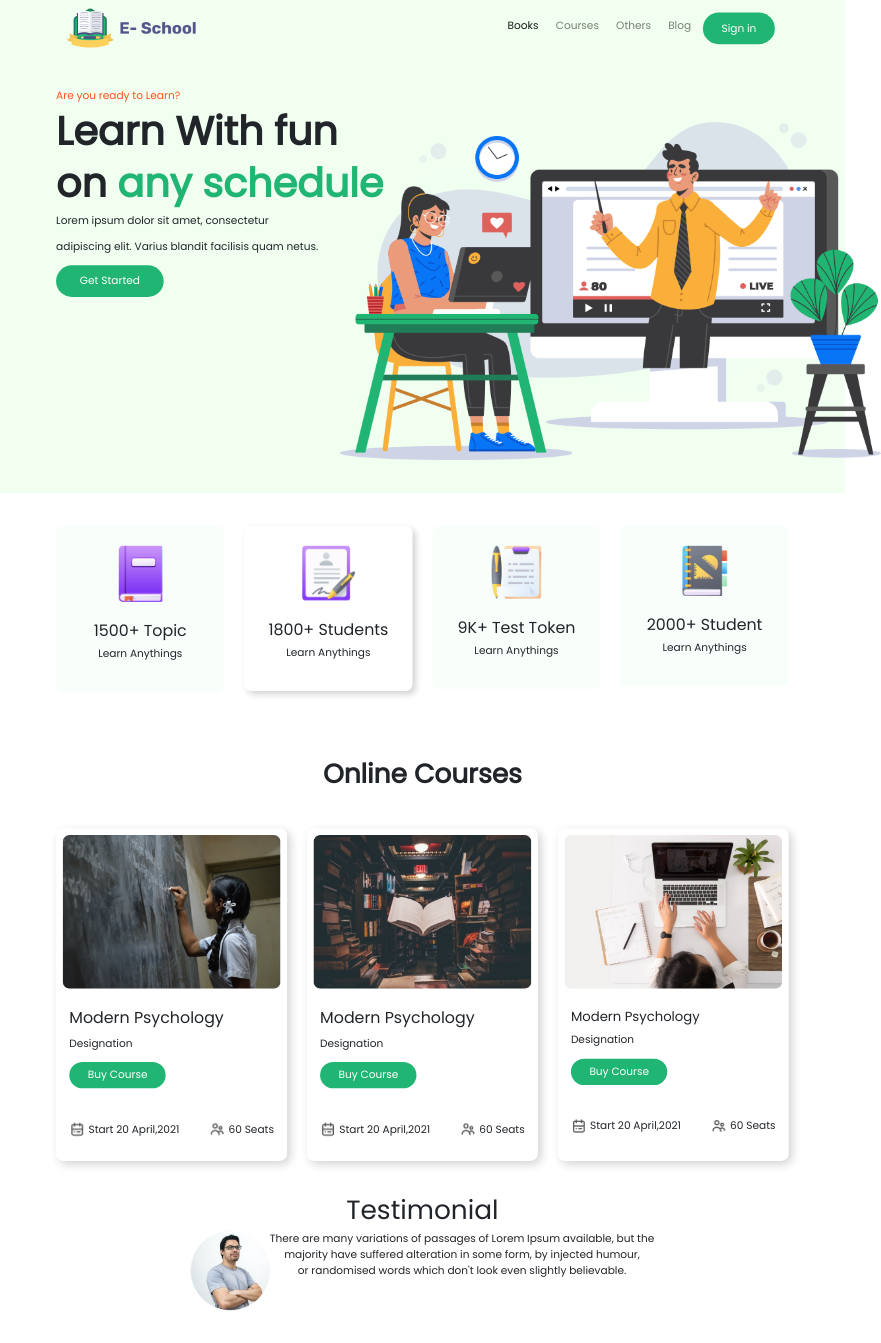
Repository: mohsinfarabi/e-school
Page: index.html
These files come from the project's save history. The page is drawn as it stood at one moment and after the next save; the edit follows.
The browser window is 1280 px wide. The page is 1335 px wide, then 1280 px, so the pictures cover 1335 px, including what lies to the right of the window. The pictures show the whole page, at 66% of full size.

Above is the page before, as saved 2020-07-08 20:53:27.

### index.html
<!DOCTYPE html>
<html lang="en">

<head>
    <meta charset="UTF-8">
    <meta name="viewport" content="width=device-width, initial-scale=1.0">
    <link rel="stylesheet" href="css/bootstrap/css/bootstrap.min.css">
    <link rel="stylesheet" href="style.css">
    <link href="https://fonts.googleapis.com/css2?family=Poppins" rel="stylesheet">
    <title>E-School</title>
</head>

<body>
    <section class="top-part">
        <div class="container">
            <nav class="navbar navbar-expand-lg navbar-light bg-transparent">
                <a class="navbar-brand" href="#"><img src="images/icon/Logo.png " alt=" "></a>
                </a>
                <button class="navbar-toggler" type="button" data-toggle="collapse" data-target="#navbarNav" aria-controls="navbarNav" aria-expanded="false" aria-label="Toggle navigation">
                  <span class="navbar-toggler-icon"></span>
                </button>

                <div class="collapse navbar-collapse" id="navbarNav">
                    <ul class="navbar-nav ml-auto">
                        <li class="nav-item active ">
                            <a class="nav-link " href="#books ">Books</a>
                        </li>
                        <li class="nav-item ">
                            <a class="nav-link " href="#courses ">Courses</a>
                        </li>
                        <li class="nav-item ">
                            <a class="nav-link " href="#others ">Others</a>
                        </li>
                        <li class="nav-item ">
                            <a class="nav-link " href="#blog ">Blog</a>
                        </li>
                        <li class="nav-item ">
                            <button class="sign-in">Sign in</button>
                        </li>

                    </ul>
                </div>

            </nav>
        </div>
        <div class="container">
            <div class="row top">
                <div class="col-md-6">

                    <h5>Are you ready to Learn?</h5>
                    <h1>Learn With fun </h1>
                    <h1>on <span class="highlight"> any schedule</span></h1>

                    <p>Lorem ipsum dolor sit amet, consectetur </p>
                    <p>adipiscing elit. Varius blandit facilisis quam netus.</p>

                    <button class="get-started">Get Started</button>

                </div>
                <div class="col-md-6 d-flex justify-content-center">

                    <img src="images/Photos/Illustration.png" alt="">
                </div>
            </div>
        </div>
    </section>

    <div class="container">
        <div class="row">
            <div class="col-md-3">
                <div class="cat1 d-flex flex-column justify-content-center align-items-center">

                    <img src="images/icon/book.png" alt="">

                    <h4>1500+ Topic</h4>
                    <p>Learn Anythings</p>
                </div>
            </div>
            <div class="col-md-3">
                <div class="cat2 d-flex flex-column justify-content-center align-items-center">

                    <img src="images/icon/Student.png" alt="">

                    <h4>1800+ Students</h4>
                    <p>Learn Anythings</p>
                </div>
            </div>
            <div class="col-md-3">
                <div class="cat3 d-flex flex-column justify-content-center align-items-center">

                    <img src="images/icon/Test.png" alt="">

                    <h4>9K+ Test Token</h4>
                    <p>Learn Anythings</p>
                </div>
            </div>
            <div class="col-md-3">
                <div class="cat4 d-flex flex-column justify-content-center align-items-center">

                    <img src="images/icon/Students.png" alt="">

                    <h4>2000+ Student</h4>
                    <p>Learn Anythings</p>

                </div>
            </div>
        </div>
    </div>

    <div class="container course">
        <h1>Online Courses</h1>
        <div class="card-deck">
            <div class="card">
                <img src="images/Photos/Morder pyschology.png" class="card-img-top" alt="...">
                <div class="card-body">
                    <h4 class="card-title">Modern Psychology</h4>
                    <p class="card-text">Designation</p>
                    <button class="buy-course">Buy Course</button>
                    <div class="card-bottom d-flex justify-content-between align-self-center">
                        <div class="d-flex justify-content-between">
                            <img src="images/icon/calendar.png" alt="">
                            <p>Start 20 April,2021</p>
                        </div>
                        <div class="d-flex justify-content-between">
                            <img src="images/icon/people.png" alt="">
                            <p>60 Seats</p>
                        </div>

                    </div>
                </div>

            </div>
            <div class="card">
                <img src="images/Photos/Morder psyc.png" class="card-img-top" alt="...">
                <div class="card-body">
                    <h4 class="card-title">Modern Psychology</h4>
                    <p class="card-text">Designation</p>
                    <button class="buy-course">Buy Course</button>
                    <div class="card-bottom d-flex justify-content-between align-self-center">
                        <div class="d-flex justify-content-between">
                            <img src="images/icon/calendar.png" alt="">
                            <p>Start 20 April,2021</p>
                        </div>
                        <div class="d-flex justify-content-between">
                            <img src="images/icon/people.png" alt="">
                            <p>60 Seats</p>
                        </div>

                    </div>
                </div>
            </div>
            <div class="card">
                <img src="images/Photos/Morder pychons.png" class="card-img-top" alt="...">
                <div class="card-body">
                    <h5 class="card-title">Modern Psychology</h5>
                    <p class="card-text">Designation</p>
                    <button class="buy-course">Buy Course</button>
                    <div class="card-bottom d-flex justify-content-between align-self-center">
                        <div class="d-flex justify-content-between">
                            <img src="images/icon/calendar.png" alt="">
                            <p>Start 20 April,2021</p>
                        </div>
                        <div class="d-flex justify-content-between">
                            <img src="images/icon/people.png" alt="">
                            <p>60 Seats</p>
                        </div>
                    </div>
                </div>
            </div>
        </div>
    </div>

    <div class="container testimonial">
        <h1>Testimonial</h1>
        <div class="testimonial-content d-flex justify-content-center">
            <img src="images/Photos/Man.png" alt="">
            <p>There are many variations of passages of Lorem Ipsum available, but the <br>majority have suffered alteration in some form, by injected humour, <br>or randomised words which don't look even slightly believable.</p>

        </div>
    </div>












    <script src="https://code.jquery.com/jquery-3.5.1.slim.min.js " integrity="sha384-DfXdz2htPH0lsSSs5nCTpuj/zy4C+OGpamoFVy38MVBnE+IbbVYUew+OrCXaRkfj " crossorigin="anonymous "></script>
    <script src="https://cdn.jsdelivr.net/npm/popper.js@1.16.0/dist/umd/popper.min.js " integrity="sha384-Q6E9RHvbIyZFJoft+2mJbHaEWldlvI9IOYy5n3zV9zzTtmI3UksdQRVvoxMfooAo " crossorigin="anonymous "></script>
    <script src="https://stackpath.bootstrapcdn.com/bootstrap/4.5.0/js/bootstrap.min.js " integrity="sha384-OgVRvuATP1z7JjHLkuOU7Xw704+h835Lr+6QL9UvYjZE3Ipu6Tp75j7Bh/kR0JKI " crossorigin="anonymous "></script>
</body>

</html>

### style.css
    body {
        font-family: 'Poppins', sans-serif;
    }

    .container {
        margin-bottom: 50px;
    }

    .top-part {
        background-color: #F0FFF0;
    }

    .bg-light {
        background-color: #F0FFF0;
    }

    .navbar img {
        width: 198.07px;
        height: 59px;
    }

    .nav-item {
        padding: 5px;
        color: black;
    }

    .sign-in {
        padding: 12px 28px;
        border: none;
        background: #21B573;
        border-radius: 33px;
        color: white;
    }

    .top {
        padding-bottom: 50px;
    }

    .top h5 {
        font-size: medium;
        color: #FD511A;
    }

    .top h1 {
        font-weight: 900;
        font-size: 60px;
    }

    .top img {
        margin-top: 50px;
    }

    .highlight {
        color: #21B573;
    }

    .get-started {
        padding: 12px 36px;
        border: none;
        background: #21B573;
        border-radius: 33px;
        color: white;
    }

    .cat h4 {
        font-weight: 700;
    }

    .cat1,
    .cat2,
    .cat3,
    .cat4 {
        padding: 30px;
        border-radius: 10px;
        border: none;
    }

    .cat2 {
        box-shadow: 5px 5px 10px lightgray;
    }

    .cat1,
    .cat3,
    .cat4 {
        background-color: #F8FFFB;
    }

    .cat1 img {
        width: 66px;
        height: 85px;
        margin-bottom: 30px;
    }

    .cat2 img {
        width: 80px;
        height: 83px;
        margin-bottom: 30px;
    }

    .cat3 img {
        width: 75px;
        height: 80px;
        margin-bottom: 30px;
    }

    .cat4 img {
        width: 68px;
        height: 76px;
        margin-bottom: 30px;
    }

    .course h1 {
        text-align: center;
        font-weight: 900;
        padding: 50px 0px;
    }

    .card img {
        border-radius: 11px;
        padding: 10px;
    }

    .card {
        border: none;
        border-radius: 11px;
        box-shadow: 5px 5px 15px lightgray;
    }

    .card-footer {
        background-color: white;
        border-top: none;
        border-radius: 10px;
    }

    .buy-course {
        border: none;
        background: #21B573;
        border-radius: 33px;
        color: white;
        margin-bottom: 20px;
        padding: 8px 28px;
    }

    .card-bottom {
        padding-top: 30px;
    }

    .card-bottom img {
        width: 24px;
        height: 24px;
        padding: 0;
        margin-right: 5px;
    }

    .testimonial {
        text-align: center;
    }

    .testimonial-content img {
        width: 120px;
        height: 120px;
    }

Loaded but not shown: css/bootstrap/css/bootstrap.min.css (library)

After the next save:
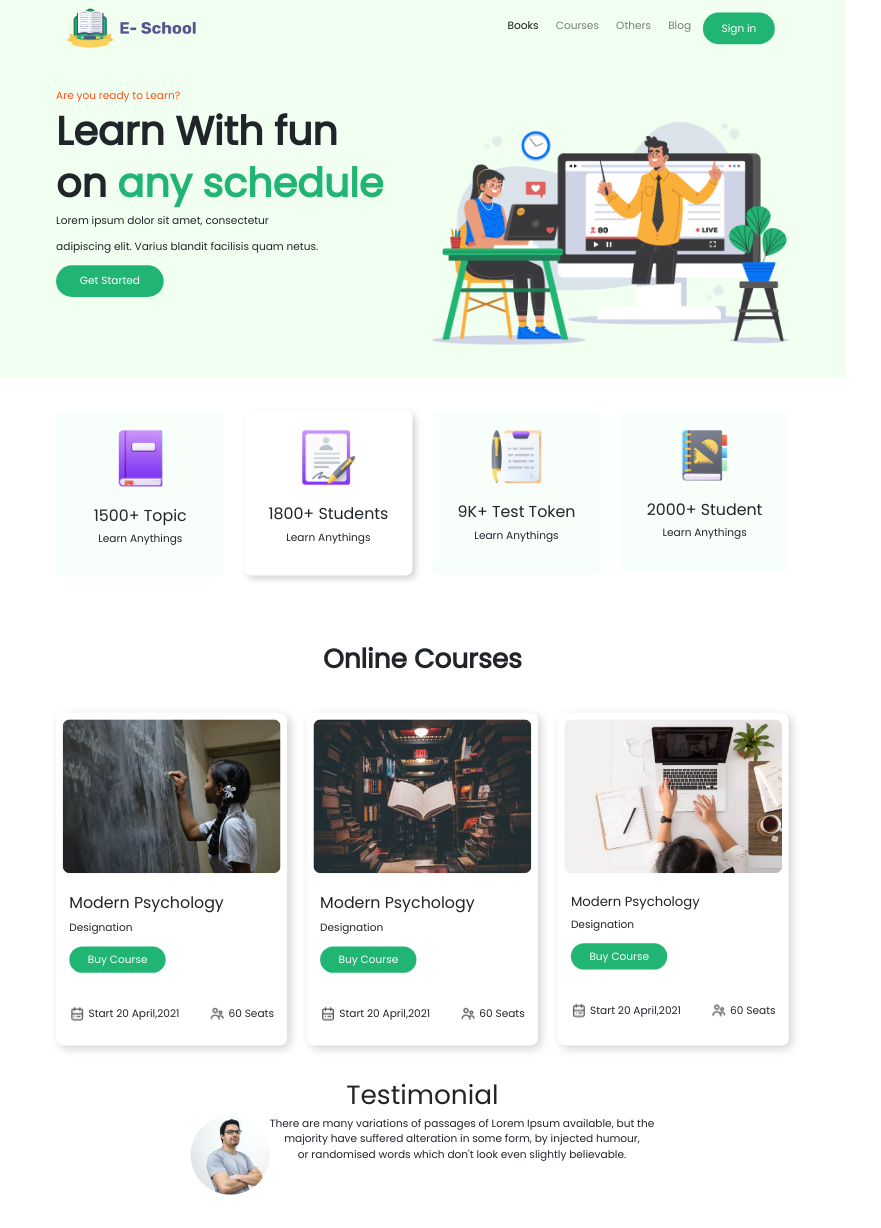
Saved 37 s later.
--- a/index.html
+++ b/index.html
@@ -59,7 +59,7 @@
                 </div>
                 <div class="col-md-6 d-flex justify-content-center">
 
-                    <img src="images/Photos/Illustration.png" alt="">
+                    <img src="images/Photos/Illustration.png" alt="" class="img-fluid">
                 </div>
             </div>
         </div>
